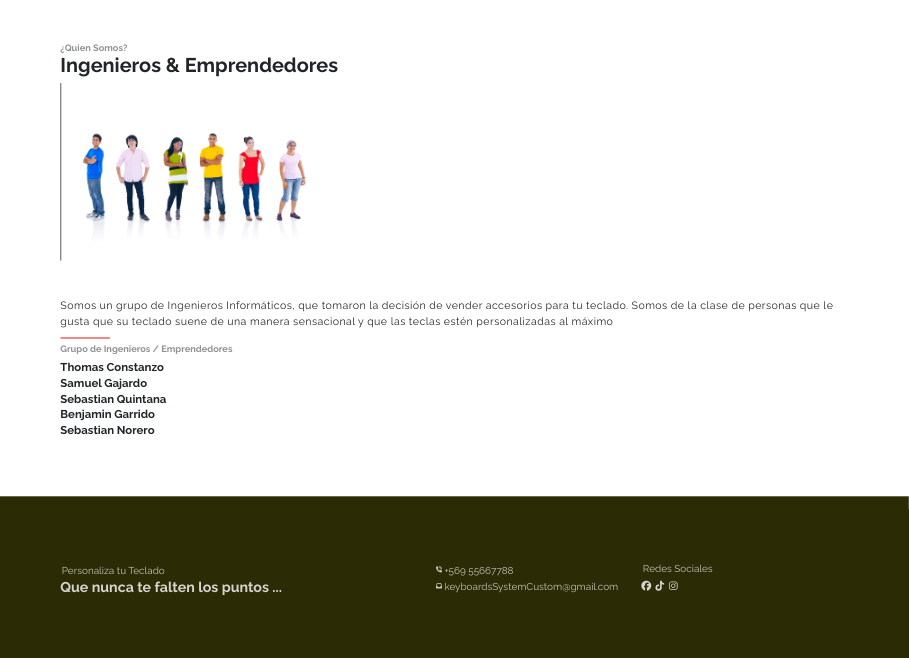
Repository: sebaqqq/customKeyboard
Page: /about
An editor plug-in stored every save of this project. The page is shown before and after the next save, followed by the edit.
The browser window is 1280 px wide. The pictures show the whole page, at 71% of full size.
The project was rebuilt for these pictures with package versions that can differ from the ones it lists, and the page was loaded fresh each time. The framework's server and built-in components were replaced by stand-ins that run in the browser. Also part of the build but not shown: next.config.js.

Above is the page before, as saved 2023-01-26 20:59:52.

### pages/_app.js
import '../styles/globals.css'

function MyApp({ Component, pageProps }) {
    return <Component {...pageProps} />
}

export default MyApp

### pages/about.js
//next
import Image from 'next/image';

//Components
import Layout from '../components/Layout';

//FontAwesomeIcon
import { FontAwesomeIcon } from '@fortawesome/react-fontawesome'
import { library } from '@fortawesome/fontawesome-svg-core';
import { faFacebook, faInstagram, faTiktok } from '@fortawesome/free-brands-svg-icons'
import {
    faPhoneVolume,
    faInbox
} from '@fortawesome/free-solid-svg-icons'

library.add(
    faFacebook,
    faInstagram,
    faTiktok,
    faPhoneVolume,
    faInbox
)
const About = () => {
    return (
        <>
            <Layout
                pagina= "Nosotros"
            >

            </Layout>
            <section className="section" id="testmonial">
                <div className="container">
                    <h6 className="xs-font mb-0">¿Quien Somos?</h6>
                    <h3 className="section-title">Ingenieros & Emprendedores</h3>
                    {/* hay que centrar la imagen de la foto grupal */}
                    <Image
                        src= {'/../public/groupPerson.jpg'}
                        alt="grupo"
                        width={350}
                        height={250}
                        // className='card-img-top'
                    />
                    <div id="owl-testmonial" className="owl-carousel owl-theme mt-4">
                        <div className="item">
                            <div className="textmonial-item">
                                <div className="des">
                                    <h5 className="ti-quote-left font-weight-bold"></h5>
                                    <p>Somos un grupo de Ingenieros Informáticos, que tomaron la decisión de vender accesorios para tu teclado. Somos de la clase de personas que le gusta que su teclado suene de una manera sensacional y que las teclas estén personalizadas al máximo</p>
                                    <h5 className="ti-quote-left text-right font-weight-bold"></h5>
                                    <div className="line"></div>
                                    <h6 className="xs-font">Grupo de Ingenieros / Emprendedores</h6>
                                    <h6 className="name">Thomas Constanzo</h6>
                                    <h6 className="name">Samuel Gajardo</h6>
                                    <h6 className="name">Sebastian Quintana</h6>
                                    <h6 className="name">Benjamin Garrido</h6>
                                    <h6 className="name">Sebastian Norero</h6>
                                </div>
                            </div>
                        </div>
                    </div>
                </div>
            </section>

            <section className="section bg-overlay">
                <div className="container">
                    <div className="infos mb-4 mb-md-2">
                    <div className="title">
                    <h6 className="subtitle font-weight-normal">Personaliza tu Teclado</h6>
                    <h5>Que nunca te falten los puntos ...</h5>
                    </div>
                    <div className="socials">
                        <div className="row justify-content-between">
                            <div className="col">
                            <a className="d-block subtitle"><FontAwesomeIcon icon={faPhoneVolume} style={{width: '3%', margin: 'auto', display: 'inline-block'}}/> +569 55667788</a>
                            <a className="d-block subtitle"><FontAwesomeIcon icon={faInbox} style={{width: '3%', margin: 'auto', display: 'inline-block'}}/> keyboardsSystemCustom@gmail.com</a>
                            </div>
                            <div className="col">
                                <h6 className="subtitle font-weight-normal mb-1">Redes Sociales</h6>
                                <div className="social-links">
                                <a href="#" className="link pr-1"><FontAwesomeIcon icon={faFacebook} style={{width: '5%', margin: 'auto', display: 'inline-block'}}/></a>
                                <a href="#" className="link pr-1"><FontAwesomeIcon icon={faTiktok} style={{width: '5%', margin: 'auto', display: 'inline-block'}}/></a>
                                <a href="#" className="link pr-1"><FontAwesomeIcon icon={faInstagram} style={{width: '5%', margin: 'auto', display: 'inline-block'}}/></a>
                                </div>
                            </div>
                        </div>
                    </div>
                </div>
                </div>
            </section>
        </>
    );
}

export default About;

### components/Layout.js
import Head from "next/head";

const Layout = ({children, pagina}) => {
    return (
        <div>
            <Head>
                <title>KSC - {pagina}</title>
                <meta content="width=device-width, initial-scale=1" name="viewport" />
                <meta charSet="utf-8" />
                <meta name="description" content="Keys Keyboard" />
                <meta name="keywords" content="Keys Keyboard" />
                <link rel="icon" type="image/png" sizes="32x32" href="/favicon-32x32.png" />
            </Head>
            {children}
        </div>
    );
}

export default Layout;

Loaded but not shown: pages/_document.js (common file); styles/globals.css (library)

After the next save:
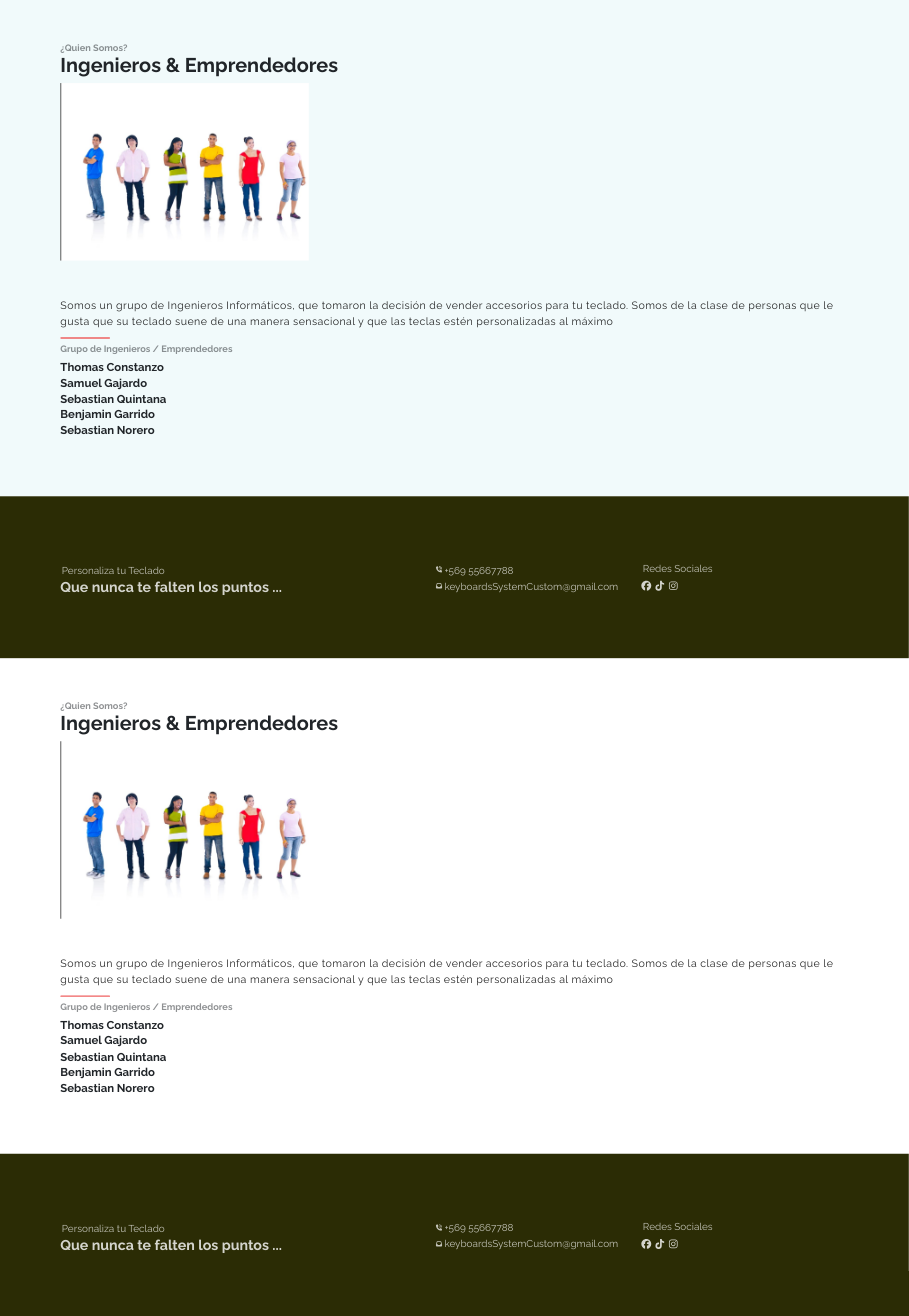
Saved 8 s later.
--- a/pages/about.js
+++ b/pages/about.js
@@ -26,7 +26,65 @@
             <Layout
                 pagina= "Nosotros"
             >
+                <section className="section" id="testmonial">
+                <div className="container">
+                    <h6 className="xs-font mb-0">¿Quien Somos?</h6>
+                    <h3 className="section-title">Ingenieros & Emprendedores</h3>
+                    {/* hay que centrar la imagen de la foto grupal */}
+                    <Image
+                        src= {'/../public/groupPerson.jpg'}
+                        alt="grupo"
+                        width={350}
+                        height={250}
+                        // className='card-img-top'
+                    />
+                    <div id="owl-testmonial" className="owl-carousel owl-theme mt-4">
+                        <div className="item">
+                            <div className="textmonial-item">
+                                <div className="des">
+                                    <h5 className="ti-quote-left font-weight-bold"></h5>
+                                    <p>Somos un grupo de Ingenieros Informáticos, que tomaron la decisión de vender accesorios para tu teclado. Somos de la clase de personas que le gusta que su teclado suene de una manera sensacional y que las teclas estén personalizadas al máximo</p>
+                                    <h5 className="ti-quote-left text-right font-weight-bold"></h5>
+                                    <div className="line"></div>
+                                    <h6 className="xs-font">Grupo de Ingenieros / Emprendedores</h6>
+                                    <h6 className="name">Thomas Constanzo</h6>
+                                    <h6 className="name">Samuel Gajardo</h6>
+                                    <h6 className="name">Sebastian Quintana</h6>
+                                    <h6 className="name">Benjamin Garrido</h6>
+                                    <h6 className="name">Sebastian Norero</h6>
+                                </div>
+                            </div>
+                        </div>
+                    </div>
+                </div>
+            </section>
 
+            <section className="section bg-overlay">
+                <div className="container">
+                    <div className="infos mb-4 mb-md-2">
+                    <div className="title">
+                    <h6 className="subtitle font-weight-normal">Personaliza tu Teclado</h6>
+                    <h5>Que nunca te falten los puntos ...</h5>
+                    </div>
+                    <div className="socials">
+                        <div className="row justify-content-between">
+                            <div className="col">
+                            <a className="d-block subtitle"><FontAwesomeIcon icon={faPhoneVolume} style={{width: '3%', margin: 'auto', display: 'inline-block'}}/> +569 55667788</a>
+                            <a className="d-block subtitle"><FontAwesomeIcon icon={faInbox} style={{width: '3%', margin: 'auto', display: 'inline-block'}}/> keyboardsSystemCustom@gmail.com</a>
+                            </div>
+                            <div className="col">
+                                <h6 className="subtitle font-weight-normal mb-1">Redes Sociales</h6>
+                                <div className="social-links">
+                                <a href="#" className="link pr-1"><FontAwesomeIcon icon={faFacebook} style={{width: '5%', margin: 'auto', display: 'inline-block'}}/></a>
+                                <a href="#" className="link pr-1"><FontAwesomeIcon icon={faTiktok} style={{width: '5%', margin: 'auto', display: 'inline-block'}}/></a>
+                                <a href="#" className="link pr-1"><FontAwesomeIcon icon={faInstagram} style={{width: '5%', margin: 'auto', display: 'inline-block'}}/></a>
+                                </div>
+                            </div>
+                        </div>
+                    </div>
+                </div>
+                </div>
+            </section>
             </Layout>
             <section className="section" id="testmonial">
                 <div className="container">
